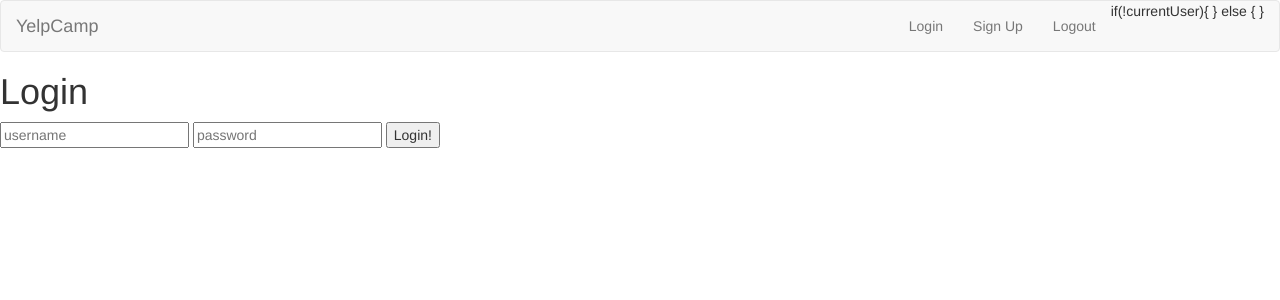
Repository: Bhitt/Cloud9_Projects
Page: http://localhost/login
The author's editor kept a record of every edit. The page is drawn from the files as they stood at one moment, then again after a run of edits.
The browser window is 1280 px wide. The pictures show the whole page.
The page is served by the project's Node server (YelpCamp/v6/app.js). Other server files are loaded and not shown.

Above is the page before.

### webdevbootcamp/workspace/YelpCamp/v6/views/login.ejs
<% include ./partials/header %>

<h1>Login</h1>

<form action="/login" method="POST">
    <input type="text" name="username" placeholder="username">
    <input type="password" name="password" placeholder="password">
    <input type="submit" value="Login!">
</form>

<% include ./partials/footer %>

### webdevbootcamp/workspace/YelpCamp/v6/views/partials/header.ejs
<DOCTYPE html>
<html>
    <head>
        <title>YelpCamp</title>
        <link rel="stylesheet" href="https://maxcdn.bootstrapcdn.com/bootstrap/3.3.7/css/bootstrap.min.css">
        <link rel="stylesheet" href="/stylesheets/main.css">
    </head>
    <body>


    <nav class="navbar navbar-default">
        <div class="container-fluid">
            <div class="navbar-header">
                <a class="navbar-brand" href="/">YelpCamp</a>
            </div>
            <div class="collapse navbar-collapse">
                <ul class="nav navbar-nav navbar-right">
                    if(!currentUser){
                        <li> <a href="/login">Login</a> </li>
                        <li> <a href="/register">Sign Up</a> </li>
                    } else {
                        <li> <a href="/logout">Logout</a> </li>
                    }
                </ul>
            </div>
        </div>
    </nav>

### webdevbootcamp/workspace/YelpCamp/v6/app.js
var express     = require("express"),
    app         = express(),
    bodyParser  = require("body-parser"),
    mongoose    = require("mongoose"),
    passport    = require("passport"),
    LocalStrategy = require("passport-local"),
    Campground  = require("./models/campground"),
    Comment     = require("./models/comment"),
    User        = require("./models/user"),
    seedDB      = require("./seeds");


mongoose.connect("mongodb://localhost/yelp_camp_v6");
app.use(bodyParser.urlencoded({extended: true}));
app.set("view engine", "ejs");
app.use(express.static(__dirname + "/public"));
seedDB();


// PASSPORT CONFIGURATION
app.use(require("express-session")({
    secret: "The man who passes the sentence should swing the sword",
    resave: false,
    saveUninitialized: false
}));
app.use(passport.initialize());
app.use(passport.session());
passport.use(new LocalStrategy(User.authenticate()));
passport.serializeUser(User.serializeUser());
passport.deserializeUser(User.deserializeUser());

app.use(function(req,res,next){
    res.locals.currentUser = req.user;
    next();
});

app.get("/", function(req, res){
    res.render("landing");
});

//INDEX - Show all campgrounds
app.get("/campgrounds", function(req, res){
    //Get all campgrounds from db
    Campground.find({}, function(err, allCampgrounds){
        if(err){
            console.log(err);
        }else{
            // res.render("campgrounds/index", {campgrounds: allCampgrounds, currentUser: req.user});  //sends the current user info to this specific page, overwritten at top to send to every page for header
            res.render("campgrounds/index", {campgrounds: allCampgrounds});
        }
    });
});


//CREATE - add new campground to db
app.post("/campgrounds", function(req, res){
    //get data from form and add to campgrounds array
    var name = req.body.name;
    var image = req.body.image;
    var desc = req.body.description;
    var newCampground = {name: name, image: image, description:desc};
    //Create a new campground and save to the db
    Campground.create(newCampground, function(err, newlyCreated){
       if(err){
            console.log(err);
       }else{
            res.redirect("campgrounds");
       }
    });
    //redirect back to campgrounds page
});



//NEW - show form to create a new campground
app.get("/campgrounds/new", function(req, res){
   res.render("campgrounds/new");
});




//SHOW - shows more info about one campground
app.get("/campgrounds/:id", function(req, res){
    //find the campground with the provided ID
    Campground.findById(req.params.id).populate("comments").exec(function(err, foundCampground){
        if(err){
            console.log(err);
        }else{
            console.log(foundCampground);
            //render show template with that campground
            res.render("campgrounds/show", {campground:foundCampground});
        }
    });
});


// ============================================
// COMMENTS ROUTES
// ============================================
app.get("/campgrounds/:id/comments/new", isLoggedIn, function(req,res){
    //find campground by id
    Campground.findById(req.params.id, function(err, campground){
       if(err){
           console.log(err);
       } else {
           res.render("comments/new", {campground: campground});
       }
    });
});

app.post("/campgrounds/:id/comments", isLoggedIn, function(req, res){
   //lookup campground using ID
   Campground.findById(req.params.id, function(err, campground){
       if(err){
           console.log(err);
           res.redirect("/campgrounds");
       } else {
           Comment.create(req.body.comment, function(err, comment){
              if(err){
                  console.log(err);
              } else {
                  campground.comments.push(comment);
                  campground.save();
                  res.redirect("/campgrounds/"+ campground._id);
              }
           });
       }
   });
});

//=========================
// AUTH ROUTES
//=========================

//show register form
app.get("/register", function(req, res){
   res.render("register");
});
//handle sign up logic
app.post("/register", function(req, res){
    var newUser = new User({username: req.body.username});
    User.register(newUser, req.body.password, function(err, user){
        if(err){
            console.log(err);
            res.render("register");
        }
        passport.authenticate("local")(req, res, function(){
            res.redirect("/campgrounds");
        });
    });
});

//show login form
app.get("/login", function(req, res){
   res.render("login");
});
//handle login logic
app.post("/login", passport.authenticate("local",
    {
        successRedirect:"/campgrounds",
        failureRedirect: "/login"

    }), function(req, res){ //empty callback after middleware
});

//logout route
app.get("/logout", function(req,res){
    req.logout();
    res.redirect("/campgrounds");
});

function isLoggedIn(req, res, next){
    if(req.isAuthenticated()){
        return next();
    }
    res.redirect("/login");
}


app.listen(process.env.PORT, process.env.IP, function(){
    console.log("YelpCamp Server has started");
});

### webdevbootcamp/workspace/YelpCamp/v6/public/stylesheets/main.css
.thumbnail img {
    width:100%;
}

.thumbnail {
    padding:0;
}

.thumbnail .caption-full {
    padding:9px;
}

Loaded but not shown: webdevbootcamp/workspace/YelpCamp/v6/views/partials/footer.ejs (common file)

After the next 3 edits:
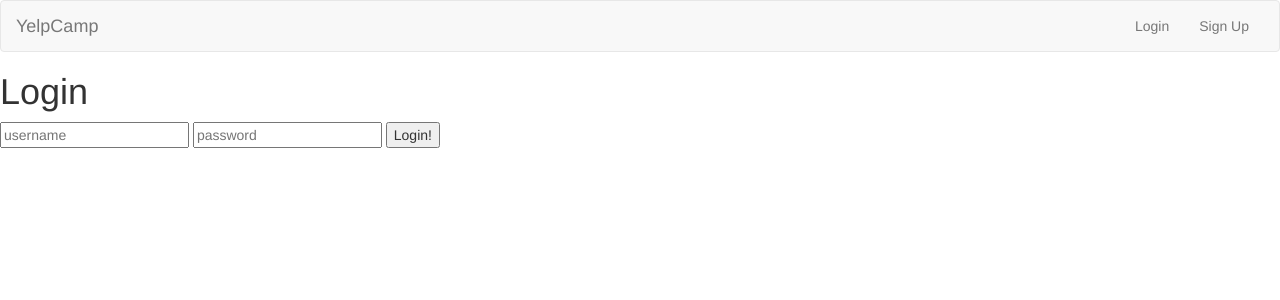
The 3 edits are shown as one change because 2 did not build or start.
The edit:
--- a/webdevbootcamp/workspace/YelpCamp/v6/views/partials/header.ejs
+++ b/webdevbootcamp/workspace/YelpCamp/v6/views/partials/header.ejs
@@ -15,12 +15,13 @@
             </div>
             <div class="collapse navbar-collapse">
                 <ul class="nav navbar-nav navbar-right">
-                    if(!currentUser){
+                    <% if(!currentUser){ %>
                         <li> <a href="/login">Login</a> </li>
                         <li> <a href="/register">Sign Up</a> </li>
-                    } else {
+                    <% } else { %>
+                        <li><a href="#">Signed In As <%= currentUser.username %></a></li>
                         <li> <a href="/logout">Logout</a> </li>
-                    }
+                    <% } %>
                 </ul>
             </div>
         </div>
